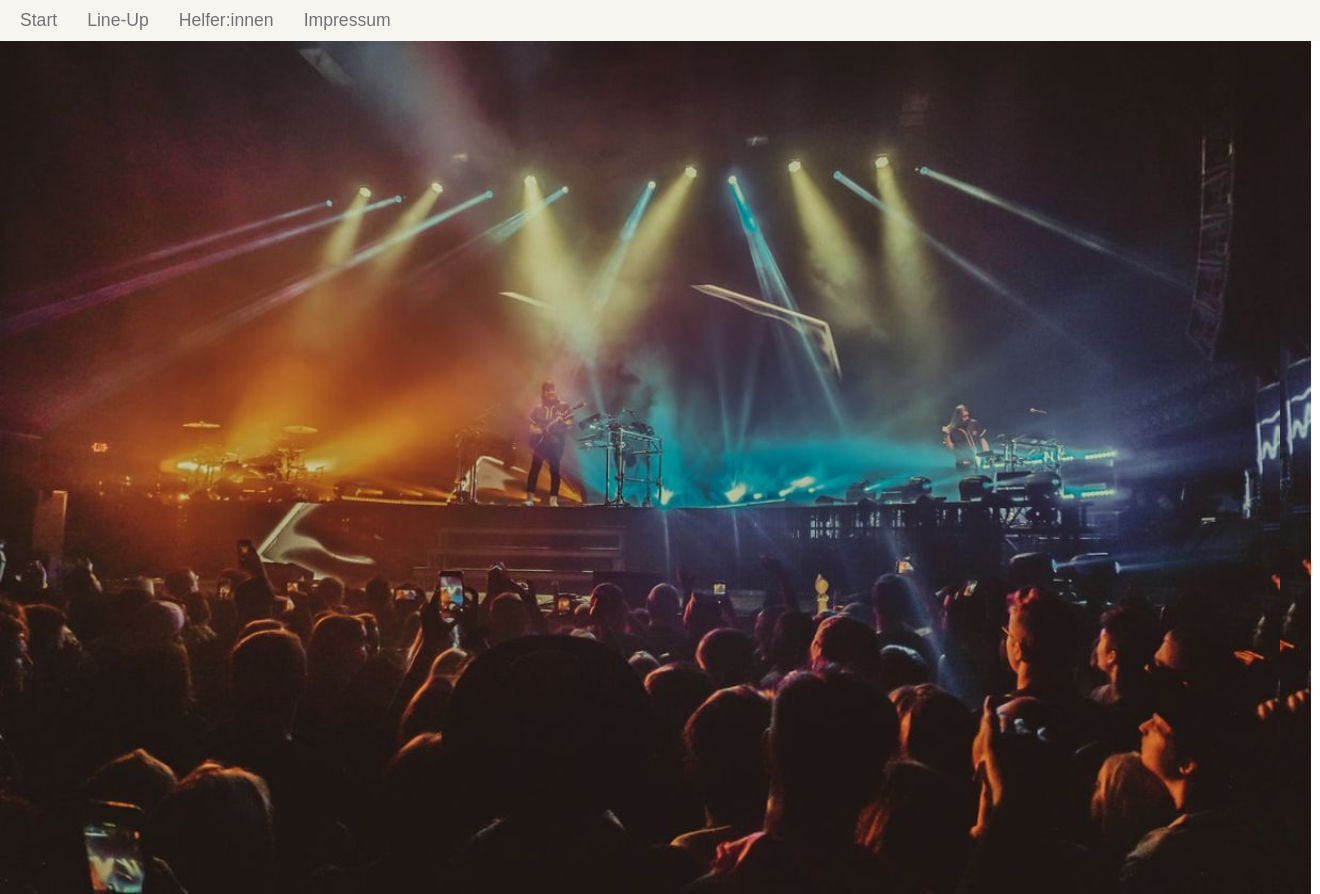
Repository: Hajimohammadi-KI/Web-Technologien
Page: index.html
The author's editor kept a copy of each file at every save. The page is drawn from the files as they stood at one save, then again after the next save.
The browser window is 1280 px wide. The page is 1320 px wide, then 1280 px, so the pictures cover 1320 px, including what lies to the right of the window. The pictures show the whole page.

Above is the page before, as saved 2025-09-30 13:48:44.

### index.html
<!DOCTYPE html>
<html lang="en">
<head>
    <meta charset="UTF-8">
    <meta name="viewport" content="width=device-width, initial-scale=1.0">
    <link rel="stylesheet" href="Style.css">
    <title>Document</title>
</head>
<body>
     <nav>
    <a href="#">Start</a>
    <a href="#">Line-Up</a>
    <a href="#">Helfer:innen</a>
    <a href="#">Impressum</a>
</nav>
    <!-- The alt attribute is used to provide alternative text for the image if it fails to load or if the user visits the page via a screen reader. -->
    <img src="img/spotify-livestreaming-virtual-concerts-feat.jpeg"
        alt="Musicians performing on a brightly lit stage with colorful spotlights
        and smoke effects while a large enthusiastic audience watches and records
        the event with their phones in a dark concert hall filled with energy and
         excitement" class="responsive-img">


</body>
</html>

### Style.css
/*
    Styles for responsive images.
    The .responsive-img class is intended to make images scale appropriately
    to fit their container while maintaining aspect ratio.
    Apply this class to <img> elements to ensure they are responsive
    across different screen sizes and devices.
*/
img.responsive-img {
  width: 100%; /* [translate:عرض تصویر همیشه برابر با عرض عنصر والد خواهد بود] */
  height: auto; /* [translate:نسبت ابعاد تصویر حفظ می‌شود] */
  max-width: 100vw; /* [translate:تصویر هیچ‌گاه از عرض پنجره مرورگر بزرگ‌تر نمی‌شود] */
  display: block; /* [translate:فضای اضافی پایین عکس حذف می‌شود] */
}

@media (max-width: 600px) {
  img.responsive-img {
    max-width: 100%; /* [translate:در صفحات کوچک، حداکثر عرض تصویر برابر با عنصر والد می‌شود] */
  }
}

 body {
  font-family: Arial, sans-serif; /* [translate:تنظیم فونت پیش‌فرض برای کل صفحه] */
  margin: 0; /* [translate:حذف حاشیه پیش‌فرض مرورگر] */
  padding: 0; /* [translate:حذف فاصله داخلی پیش‌فرض مرورگر] */
  box-sizing: border-box; /* [translate:شامل کردن حاشیه و پدینگ در محاسبه عرض و ارتفاع عناصر] */
  background: url("img/spotify-livestreaming-virtual-concerts-feat.jpeg");
  background-position: center; /* [translate:تنظیم موقعیت پس‌زمینه در مرکز] */
  background-repeat: no-repeat; /* [translate:عدم تکرار تصویر پس‌زمینه] */
  background-size: cover; /* [translate:پوشش کامل پس‌زمینه] */
}
  h1, h2, h3 {
    color: #333; /* [translate:تنظیم رنگ تیره برای عناوین] */
    margin-bottom: 10px; /* [translate:افزودن فاصله پایین به عناوین] */
  }

  p {
    color: #555; /* [translate:تنظیم رنگ خاکستری برای پاراگراف‌ها] */
    line-height: 1.6; /* [translate:افزایش ارتفاع خط برای خوانایی بهتر] */
    margin-bottom: 15px; /* [translate:افزودن فاصله پایین به پاراگراف‌ها] */
  }
/*
  Styles for the navigation bar and container.
  The nav styles create a horizontal navigation bar with spacing and hover effects.
  The .container class centers content and limits its maximum width for better readability.
*/
nav {
  /*
    Die Navigationsleiste bleibt immer oben auf der Seite fixiert.
    نوار ناوبری همیشه در بالای صفحه ثابت می‌ماند. */
    - position: fixed;      /*  // Fixiert die Navigationsleiste.
      // نوار ناوبری را ثابت می‌کند. */
    - top: 0;               /*  // Richtet die Leiste am oberen Rand aus.
      // نوار را به بالای صفحه می‌چسباند. */
    - bottom: 0;            // (Redundant bei horizontalen Leisten, aber hier enthalten.)
      // (برای نوارهای افقی اضافی است اما اینجا اضافه شده است.) */
    - width: 100%;          // Die Leiste nimmt die gesamte Breite ein.
      // نوار ناوبری تمام عرض صفحه را می‌گیرد. */
    - z-index: 1000;        // Stellt sicher, dass die Leiste über anderen Elementen bleibt.
      // اطمینان از اینکه نوار ناوبری بالاتر از سایر عناصر قرار می‌گیرد.
  */
  position: fixed; /* [de:Fixiert die Navigationsleiste oben][fa:ثابت نگه داشتن نوار ناوبری در بالای صفحه] */
  bottom: 0;
  width: 100%;
  top: 0;
  z-index: 1000;
  background: #f6f5f0; /* [translate:رنگ پس‌زمینه روشن برای نوار ناوبری] */
  padding: 10px 20px; /* [translate:افزودن فاصله داخلی به نوار ناوبری] */
  display: flex; /* [translate:نمایش آیتم‌ها به صورت افقی] */
  gap: 30px; /* [translate:افزودن فاصله بین آیتم‌های ناوبری] */
  font-family: sans-serif; /* [translate:استفاده از فونت ساده برای ناوبری] */
  font-size: 1.1em; /* [translate:افزایش اندازه فونت ناوبری] */
}
nav a {
  text-decoration: none; /* [translate:حذف خط زیر لینک‌ها] */
  color: #727272; /* [translate:تنظیم رنگ خاکستری برای لینک‌ها] */
  transition: color 0.2s; /* [translate:افکت تغییر رنگ هنگام هاور] */
}
nav a:hover {
  color: #444; /* [translate:تیره‌تر شدن رنگ لینک هنگام هاور] */
  border-bottom: 1px solid #444; /* [translate:افزودن خط زیر لینک هنگام هاور] */
}
.container {
  max-width: 1200px; /* [translate:محدود کردن عرض حداکثر برای محتوا] */
  margin: 0 auto; /* [translate:مرکزچین کردن محتوا] */
  padding: 20px; /* [translate:افزودن فاصله داخلی به محتوا] */
}

After the next save:
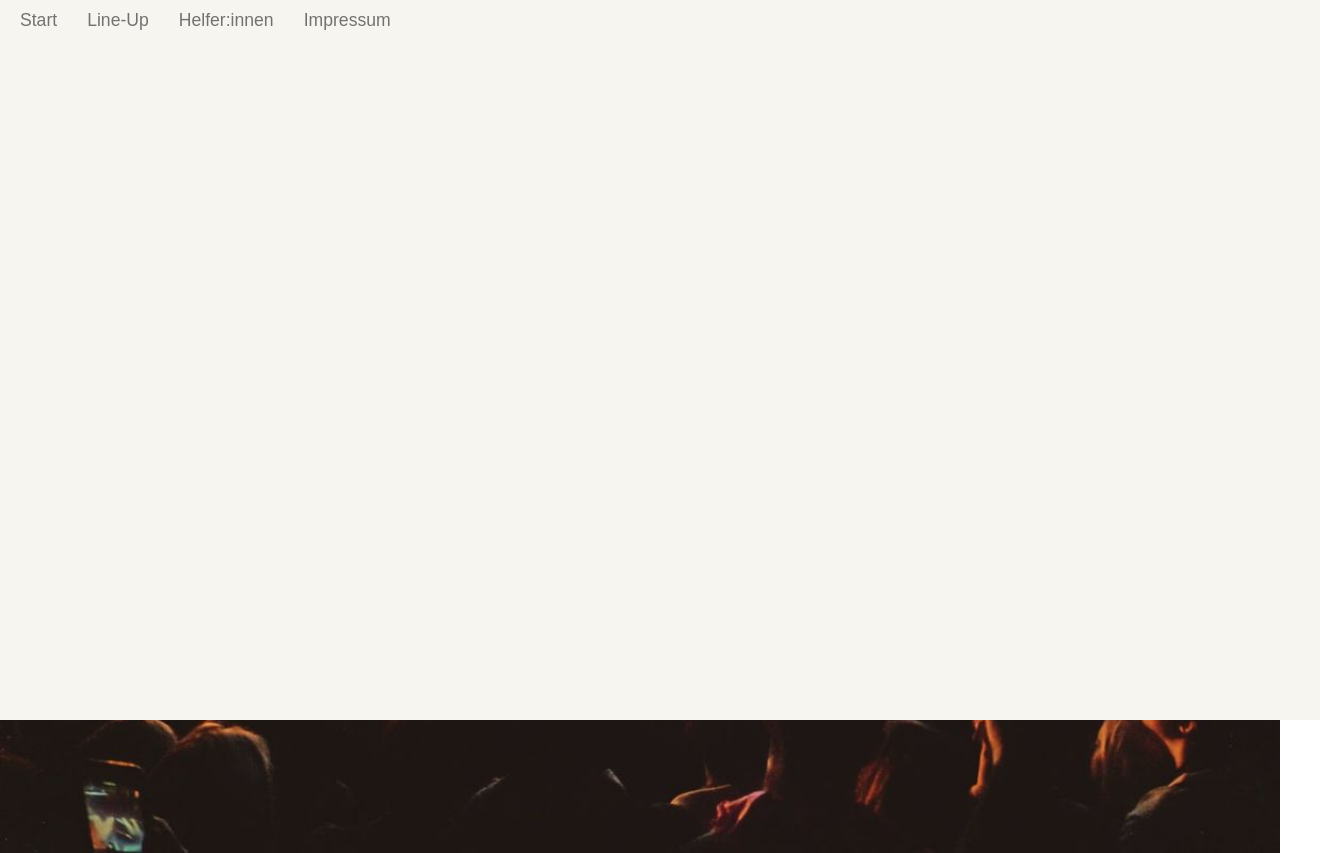
Saved 4 s later.
--- a/Style.css
+++ b/Style.css
@@ -47,7 +47,7 @@ nav {
   /*
     Die Navigationsleiste bleibt immer oben auf der Seite fixiert.
     نوار ناوبری همیشه در بالای صفحه ثابت می‌ماند. */
-    - position: fixed;      /*  // Fixiert die Navigationsleiste.
+    position: fixed;      /*  // Fixiert die Navigationsleiste.
       // نوار ناوبری را ثابت می‌کند. */
     - top: 0;               /*  // Richtet die Leiste am oberen Rand aus.
       // نوار را به بالای صفحه می‌چسباند. */
